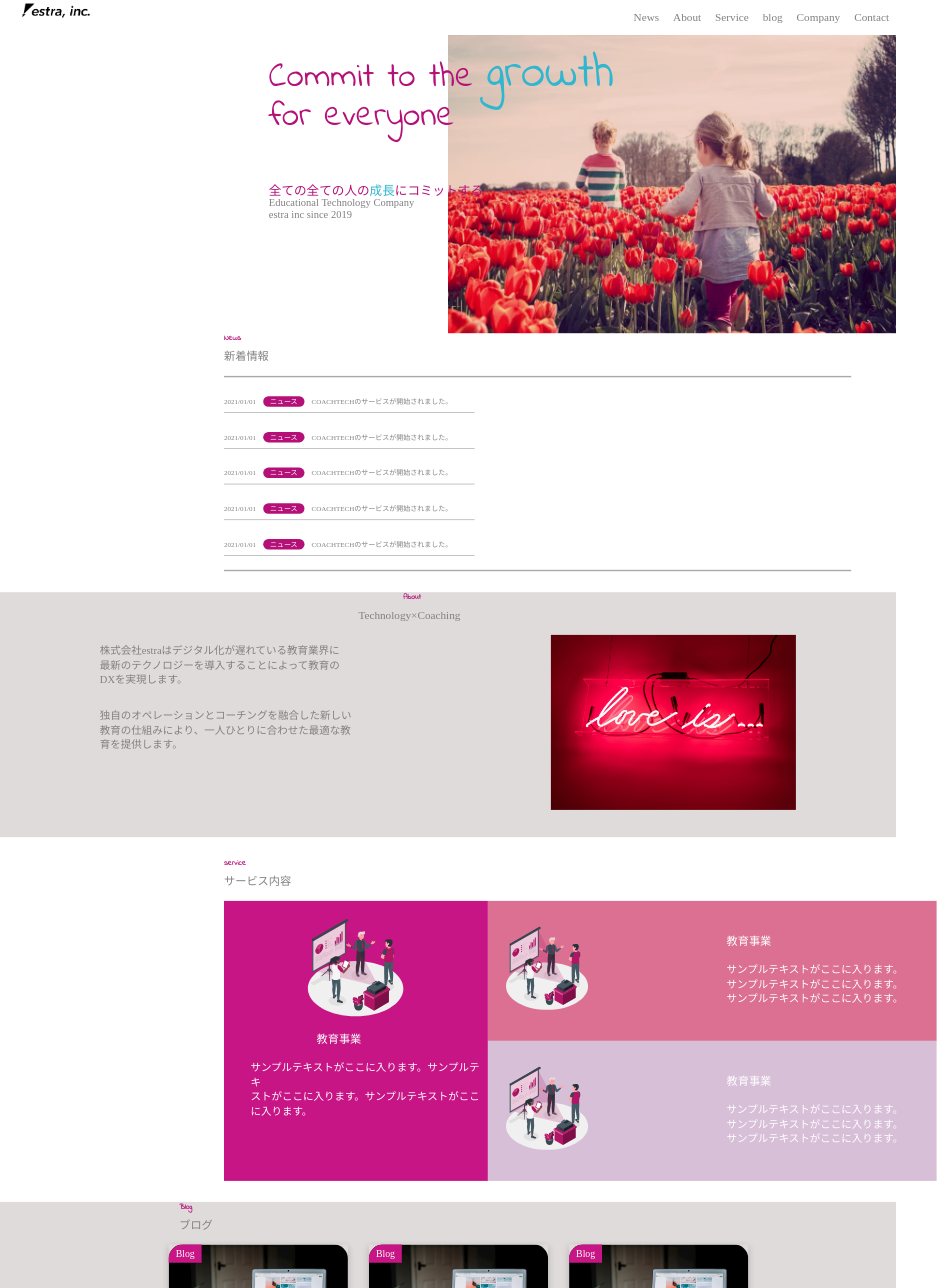
Repository: sigemasaasuka/20210902
Page: index.html
These files come from the project's save history. The page is drawn as it stood at one moment and after the next save; the edit follows.
The browser window is 1280 px wide. The page is 1338 px wide, then 1280 px, then 1338 px, so the pictures cover 1338 px, including what lies to the right of the window. The pictures show the part of the page from y = 0 to 1840 px (the page is 3297 px tall), at 70% of full size.

Above is the page before, as saved 2021-10-06 12:36:53.

### index.html
<!DOCTYPE html>
<html lang="ja">

<head>
  <meta charset="UTF-8">
  <meta name="viewport" content="width=device-width, initial-scale=1.0">
  <title>Document</title>
  <link rel="stylesheet" href="css/style.css">
  <link rel="stylesheet" href="css/reset.css">
  <link rel="preconnect" href="https://fonts.googleapis.com">
  <link rel="preconnect" href="https://fonts.gstatic.com" crossorigin>
  <link href="https://fonts.googleapis.com/css2?family=Indie+Flower&display=swap" rel="stylesheet">
</head>

<body>
  <div class="flex">
    <div class="logo">
      <img src="img/img/estra_logo.png" alt="estra_logo" width="100px" height="30px">
    </div>
    <div class="parent">
      <div class="child">News</div>
      <div class="child">About</div>
      <div class="child">Service</div>
      <div class="child">blog</div>
      <div class="child">Company</div>
      <div class="child">Contact</div>

    </div>
  </div>
  <div class="relative">
    <img class="relative__img" src="img/img/firstview.jpg" alt="firstview">
    <div class="example">
      <h1>Commit to the <span class="document"> growth</span> <br>for everyone</h1>
    </div>
    <div class="second">
      <h3>全ての全ての人の<span class="second-txt">成長</span>にコミットする</h3>
      <p class="subtitle">Educational Technology Company<br>estra inc since 2019</p>
    </div>
  </div>
  <div class="smlltitle-news">
    <h6>News</h6>
  </div>
  <div class="list-news">
    <h3>新着情報</h3>
  </div>
  <div class="local">
    <div class="info">
      <p>
        2021/01/01　<a class="practice__btn">ニュース</a>　COACHTECHのサービスが開始されました。
      </p>
    </div>
    <div class="info">
      <p>
        2021/01/01　<a class="practice__btn">ニュース</a>　COACHTECHのサービスが開始されました。
      </p>
    </div>
    <div class="info">
      <p>
        2021/01/01　<a class="practice__btn">ニュース</a>　COACHTECHのサービスが開始されました。
      </p>
    </div>
    <div class="info">
      <p>
        2021/01/01　<a class="practice__btn">ニュース</a>　COACHTECHのサービスが開始されました。
      </p>
    </div>
    <div class="info">
      <p>
        2021/01/01　<a class="practice__btn">ニュース</a>　COACHTECHのサービスが開始されました。
      </p>
    </div>
  </div>
  <div class="colored-about">
    <div class="smlltitle-about">
      <h6>About</h6>
    </div>
    <div class="list-about">
      <h3>Technology×Coaching</h3>
    </div>
    <div class="flex-txt">
    <div class="info-txt">
      <div class="relate">
        株式会社estraはデジタル化が遅れている教育業界に<br>最新のテクノロジーを導入することによって教育の<br>DXを実現します。
      </div>
      <div class="relate-txt">
        独自のオペレーションとコーチングを融合した新しい<br>教育の仕組みにより、一人ひとりに合わせた最適な教<br>育を提供します。
      </div>

    </div>
      <div class="about">
        <img class="picture__img" src="img/img/about.jpg" alt="about">
      </div>
  </div>
  </div>

  <div class="service">
    <div class="smlltitle-service">
      <h6>service</h6>
    </div>
    <div class="list-service">
      <h3>サービス内容</h3>
    </div>
    <div class="contents">
    <div class="colored-service">
      <div class="photo">
        <img class="service__img" src="img/img/service__first.svg" alt="service">
      </div>
      <div class="title">
        <h3>教育事業</h3>
      </div>
      <div class="explain">
        サンプルテキストがここに入ります。サンプルテキ<br>ストがここに入ります。サンプルテキストがここ<br>に入ります。
      </div>
    </div>
  <div class="contents2">
    <div class="contents2">
  <div class="colored3">
    <div class="photo2">
      <img class="service__img1" src="img/img/service__first.svg" alt="service">
    </div>
    <div>
    <div class="title2">
      <h3>教育事業</h3>
    </div>
    <div class="explain2">
      サンプルテキストがここに入ります。<br>サンプルテキストがここに入ります。<br>サンプルテキストがここに入ります。
    </div>
  </div>
  </div>
  </div>

  <div class="colored">
    <div class="photo2">
      <img class="service__img1" src="img/img/service__first.svg" alt="service">
    </div>
    <div>
    <div class="title2">
      <h3>教育事業</h3>
    </div>
    <div class="explain2">
      サンプルテキストがここに入ります。<br>サンプルテキストがここに入ります。<br>サンプルテキストがここに入ります。
    </div>
  </div>
  </div>
</div>
</div>
</div>
   <div class="colored-blog">
    <div class="smlltitle-blog">
      <h6>Blog</h6>
    </div>
    <div class="list-blog">
      <h3>ブログ</h3>
   </div>
    <div class="flex__item">
      <div class="practice__card">
        <div class="blog__first">
          <img src="img/img/blog__first.jpg" alt="blog">
        </div>
        <div class="card__content">
          <div class="card__cat">Blog</div>
          <h2 class="card__ttl">プログラミング学習の勉強方法を特集。挫折しない秘訣とは？</h2>
          <div class="tag">
            <p class="card__tag">2021/01/01</p>
            <p class="card__date">#COACHTECH</p>
          </div>
        </div>
      </div>
      <div class="practice__card">
        <div class="blog__first">
          <img src="img/img/blog__first.jpg" alt="blog">
        </div>
        <div class="card__content">
          <div class="card__cat">Blog</div>
          <h2 class="card__ttl">プログラミング学習の勉強方法を特集。挫折しない秘訣とは？</h2>
          <div class="tag">
            <p class="card__tag">2021/01/01</p>
            <p class="card__date">#COACHTECH</p>
          </div>
        </div>
      </div>
      <div class="practice__card">
        <div class="blog__first">
          <img src="img/img/blog__first.jpg" alt="blog">
        </div>
        <div class="card__content">
          <div class="card__cat">Blog</div>
          <h2 class="card__ttl">プログラミング学習の勉強方法を特集。挫折しない秘訣とは？</h2>
          <div class="tag">
            <p class="card__tag">2021/01/01</p>
            <p class="card__date">#COACHTECH</p>
          </div>
        </div>
      </div>
    </div>
    <div class="card__cat-blog">一覧ページ</div>
   </div>
   <div class="company">
    <div class="smlltitle-company">
      <h6>Company</h6>
    </div>
    <div class="list-company">
      <h3>会社概要</h3>
    </div>
    <table>
      <tr>
        <th>会社名</th>
        <td>株式会社estra</td>
      </tr>
      <tr>
        <th>代表者名</th>
        <td>福場凛太郎</td>
      </tr>
      <tr>
        <th>本社所在地</th>
        <td>東京都渋谷区1-1-1</td>
      </tr>
      <tr>
        <th>従業員数</th>
        <td>100名</td>
      </tr>
      <tr>
        <th>電話番号</th>
        <td>0120-00-0000</td>
      </tr>
      <tr>
        <th>資本資金</th>
        <td>¥10,000,000</td>
      </tr>
    </table>
    </div>
    <div class="last">
    <div class="photo2">
     <div class="recruit">
      <div class="second-employ">
        <p>採用情報</p>
      </div>
     </div>
    </div>
    <div class="photo3">
      <div class="interview">
    <div class="second-interview">
      <p>社員インタビュー</p>
      </div>
    </div>
    </div>
    </div>
    <div class="list-question">
      <h3>株式会社estraへのお問い合わせはこちらから</h3>
      </div>
      <div class="rod"><p>&#124</p></div>
      <div class="photo4">
  <div class="card__cat3">お問い合わせ</div>
</div>
<div class="colored-question">
  <div class="second-question">
    <p>Copyright&copy;estra,inc　AII Rights Reserved</p>
  </div>
</div>
</body>

</html>

### css/style.css
.img {
  text-align: left;
}

.parent {
  line-height: 50px;
  display: flex;
  justify-content: space-between;
  color: gray;
}

.child {
  margin: 0 10px;
  font-weight: lighter;
}

.logo {
  line-height: 20px;
  width: 100px;
}
.flex {
  display: flex;
  justify-content: space-between;
  height: 50px;
  margin-left: 30px;
}

.relative {
  position: relative;
}

.relative__img {
  margin: 0 0 0 auto;
  display: block;
  width: 50%;
}

.example {
  position: absolute;
  top: 5%;
  left: 30%;
  font-size: 50px;
  color: #b41078;
  font-family: "Indie Flower", cursive;
}

.document {
  top: 5%;
  left: 30%;
  font-size: 70px;
  color: #30b6cf;
  font-family: "Indie Flower", cursive;
}

.second {
  position: absolute;
  top: 50%;
  left: 30%;
  font-size: 18px;
  color: #b41078;
}

.second-txt {
  top: 50%;
  left: 30%;
  font-size: 18px;
  color: #30b6cf;
}

.subtitle {
  margin: 0;
  font-size: 15px;
  color: gray;
  font-weight: lighter;
}

.smlltitle-news {
  color: #b41078;
  font-family: "Indie Flower", cursive;
  margin-left: 25%;
}

.list-news {
  color: gray;
  margin-left: 25%;
  margin-top: 10px;
  margin-bottom: 20px;
}

.local {
  margin-left: 25%;
  border-color: rgb(170, 168, 168);
  border-top: solid 2px rgb(170, 168, 168);
  border-bottom: solid 2px rgb(170, 168, 168);
  width: 70%;
}

.info {
  margin-bottom: 20px;
  border-width: 0 0 1px 0;
  border-style: solid;
  line-height: 30px;
  border-color: rgb(173, 171, 171);
  margin-top: 20px;
  padding-left: 0;
  font-size: 10px;
  color: gray;
  width: 40%;
}

.practice__btn {
  width: 100px;
  padding: 2px 10px;
  color: #fff;
  border-radius: 30px;
  background-color: #b41078;
  text-align: center;
  margin: 0 auto 0;
}

.colored-about {
  height: 350px;
  background-color: rgb(224, 219, 219);
  margin-top: 30px;
}
.smlltitle-about {
  color: #b41078;
  font-family: "Indie Flower", cursive;
  margin-left: 45%;
}

.list-about {
  color: gray;
  margin-left: 40%;
  margin-top: 10px;
}

.flex-txt {
  display: flex;
  justify-content: space-around;
  height: 30px;
}

.relate {
  color: gray;
  font-size: 15px;
  margin-top: 30px;
}

.relate-txt {
  color: gray;
  font-size: 15px;
  margin-top: 30px;
}

.picture__img {
  margin-top: 20px;
  width: 350px;
  height: 250px;
}

.smlltitle-service {
  color: #b41078;
  font-family: "Indie Flower", cursive;
  margin-left: 25%;
  margin-top: 30px;
}

.list-service {
  color: gray;
  margin-left: 25%;
  margin-top: 10px;
}

.contents {
  display: flex;
}
.colored-service {
  background-color: #c71585;
  margin-top: 20px;
  margin-left: 25%;
  width: 30%;
  height: 400px;
}

.service__img {
  width: 300px;
  height: 150px;
  margin-top: 20px;
  margin-left: 10%;
}

.title {
  margin-top: 20px;
  color: #fff;
  margin-left: 35%;
}

.explain {
  margin-left: 10%;
  margin-top: 20px;
  color: #fff;
  font-size: 15px;
}
.contents2 {
  display: flex;
  flex-direction: column;
  justify-content: space-around;
}
.colored3 {
  display: flex;
  background-color: #db7093;
  margin-top: 20px;
  width: 110%;
  height: 200px;
}

.service__img1 {
  width: 40%;
  margin-left: 20px;
  margin-top: 10%;
}

.title2 {
  margin-top: 20px;
  color: #fff;
  margin-top: 50px;
  margin-left: 20px;
}

.explain2 {
  margin-top: 20px;
  margin-left: 20px;
  color: #fff;
  font-size: 15px;
}

.colored {
  display: flex;
  background-color: #d8bfd8;
  width: 110%;
  height: 200px;
}

.colored-blog {
  height: 500px;
  background-color: rgb(224, 219, 219);
  margin-top: 30px;
}

.smlltitle-blog {
  color: #b41078;
  font-family: "Indie Flower", cursive;
  margin-left: 20%;
  margin-top: 30px;
}

.list-blog {
  color: gray;
  margin-left: 20%;
  margin-top: 10px;
}

.flex__item {
  border-radius: 20px;
  display: flex;
  justify-content: center;
}

.practice__card {
  margin-top: 20px;
  margin-left: 30px;
  position: relative;
  width: 20%;
  border-bottom-left-radius: 20px;
  border-bottom-right-radius: 20px;
  box-shadow: 0px 3px 10px rgba(0, 0, 0, 0.2);
}

.blog__first {
  overflow: hidden;
  border-top-left-radius: 20px;
  border-top-right-radius: 20px;
}

.card__img img {
  width: 100%;
}

.card__content {
  border-bottom-left-radius: 20px;
  border-bottom-right-radius: 20px;
  background-color: #fff;
  padding: 15px 25px;
}

.card__ttl {
  font-size: 15px;
  margin-bottom: 30px;
  font-weight: 400;
}

.card__cat {
  position: absolute;
  top: 0;
  left: 0;
  border-top-left-radius: 20px;
  padding: 5px 10px;
  background: #c71585;
  display: inline-block;
  color: #fff;
  font-size: 14px;
}

.tag {
  font-size: 14px;
  text-align: right;
}

.card__tag {
  display: inline-block;
  color: rgb(112, 110, 110);
  margin-left: 10px;
}

.card__date {
  display: inline-block;
  margin-left: 20px;
  color: rgb(112, 110, 110);
}

.card__cat-blog {
  padding: 10px 30px;
  background: white;
  margin-top: 30px;
  margin-left: 45%;
  border: 1px solid;
  display: inline-block;
  color: #c71585;
  font-size: 14px;
  border-radius: 30px;
}

.company {
  margin-left: 25%;
}

.smlltitle-company {
  color: #b41078;
  font-family: "Indie Flower", cursive;
  margin-top: 30px;
}

.list-company {
  color: gray;
  margin-top: 10px;
  margin-bottom: 20px;
}

table {
  width: 60%;
  border-collapse: collapse;
}

table th,
table td {
  border: 1px solid #ccc;
  padding: 20px;
}
table th {
  font-weight: bold;
  background-color: #dedede;
}

.last {
  display: flex;
  margin-top: 50px;
  position: relative;
}

.second-employ {
  position: absolute;
  top: 50%;
  left: 40%;
  font-size: 20px;
  color: #fff;
}

.photo2 {
  width: 50%;
}

.recruit {
  position: relative;
  width: 100%;
  height: 0;
  padding-top: calc(300 / 683 * 100%); /* calc(画像高さ ÷ 画像横幅 × 100%) */
  background: url(../img/img/recruit.png) center center / cover no-repeat;
  margin-top: 30px;
}

.photo3 {
  width: 50%;
}

.interview {
  position: relative;
  width: 100%;
  height: 0;
  padding-top: calc(300 / 683 * 100%); /* calc(画像高さ ÷ 画像横幅 × 100%) */
  background: url(../img/img/interview.png) center center / cover no-repeat;
  margin-top: 30px;
}

.second-interview {
  position: absolute;
  top: 50%;
  left: 45%;
  font-size: 20px;
  color: #fff;
}

.list-question {
  color: gray;
  margin-top: 50px;
  margin-left: 36%;
}
.rod {
  color: #c71585;
  margin-left: 47%;
  margin-top: 10px;
  font-size: 30px;
}

.card__cat3 {
  position: relative;
  top: 0;
  padding: 20px 60px;
  background: linear-gradient(90deg, #ff69b4, #c71585);
  margin-top: 10px;
  margin-left: 40%;
  border: 1px solid;
  display: inline-block;
  color: #fff;
  font-size: 14px;
  border-radius: 30px;
}

.card__cat3::before {
  content: "";
  position: absolute;
  bottom: 15px;
  left: 25px;
  background: url(../img/img/mailicon.svg) no-repeat;
  background-size: cover;
  width: 15px;
  height: 15px;
  transform: translate(0, -50%);
}

.colored-question {
  height: 30px;
  background-color: rgb(224, 219, 219);
  margin-top: 25px;
}

.second-question {
  color: #000;
  font-size: 10px;
  margin-left: 40%;
  line-height: 30px;
}

### css/reset.css
@charset "UTF-8";
html,
body,
div,
span,
applet,
object,
iframe,
h1,
h2,
h3,
h4,
h5,
h6,
p,
blockquote,
pre,
a,
abbr,
acronym,
address,
big,
cite,
code,
del,
dfn,
em,
img,
ins,
kbd,
q,
s,
samp,
small,
strike,
strong,
sub,
sup,
tt,
var,
b,
u,
i,
center,
dl,
dt,
dd,
ol,
ul,
li,
fieldset,
form,
label,
legend,
table,
caption,
tbody,
tfoot,
thead,
tr,
th,
td,
article,
aside,
canvas,
details,
embed,
figure,
figcaption,
footer,
header,
hgroup,
menu,
nav,
output,
ruby,
section,
summary,
time,
mark,
audio,
video {
  margin: 0;
  padding: 0;
  border: none;
  font-style: normal;
  text-align: left;
  zoom: 1;
}
article,
aside,
details,
figcaption,
figure,
footer,
header,
hgroup,
menu,
nav,
section {
  display: block;
}
table {
  border-collapse: collapse;
  font-family: inherit;
}
h1,
h2,
h3,
h4,
h5 {
  font-size: 100%;
  font-weight: normal;
  line-height: 1;
}
input,
textarea,
select {
  font-family: inherit;
  font-size: 16px;
}
input[type="button"],
input[type="text"],
input[type="submit"] {
  -webkit-appearance: none;
  border-radius: 0;
}
textarea {
  resize: none;
  -webkit-appearance: none;
  border-radius: 0;
}
th,
td {
  border-collapse: collapse;
}
table th,
table td {
  white-space: nowrap;
}
ul,
ol {
  list-style-type: none;
}
img {
  vertical-align: text-bottom;
  vertical-align: -webkit-baseline-middle;
  max-width: 100%;
  height: auto;
  width/***/: auto;
}

After the next save:
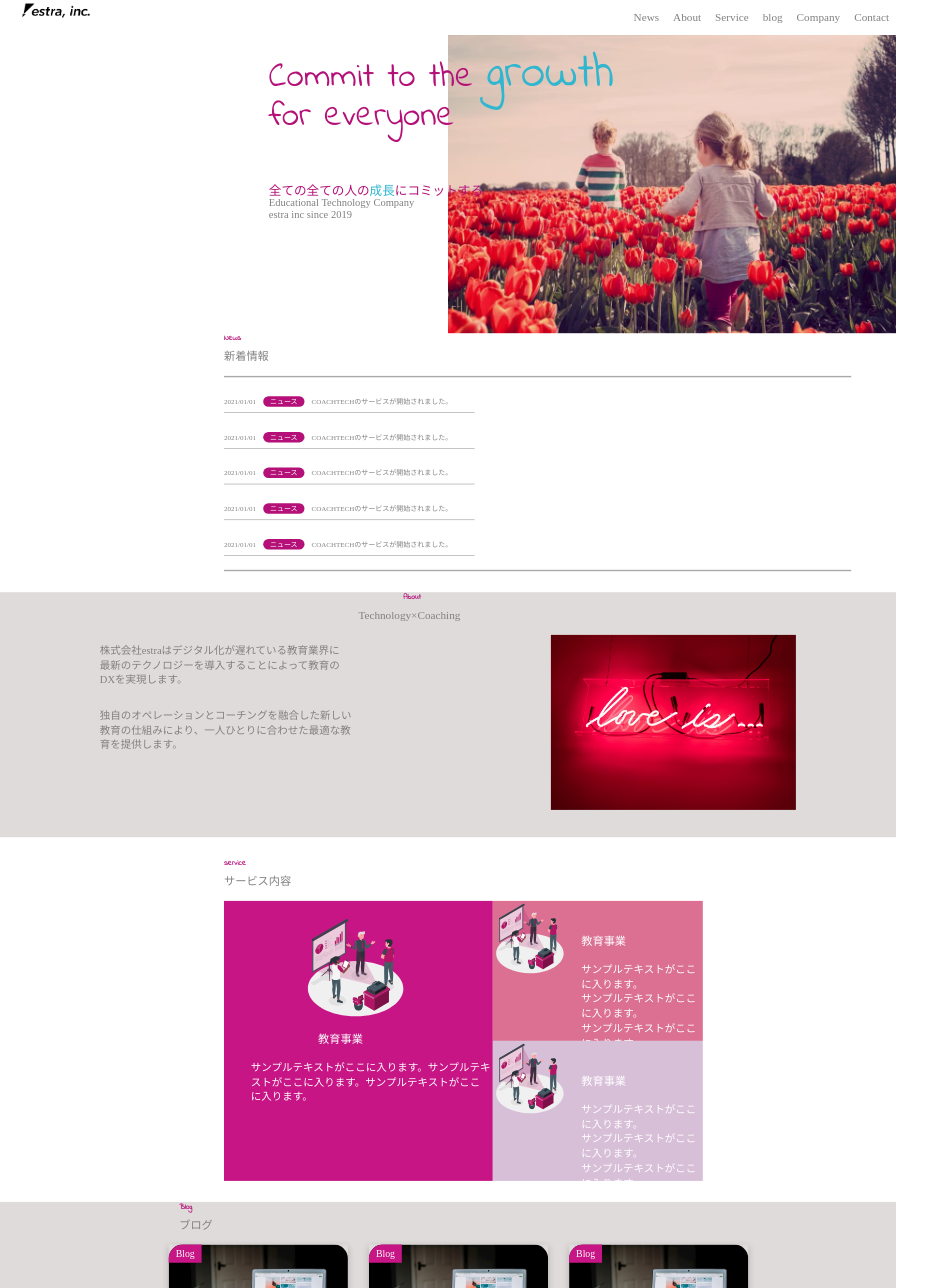
Saved 4 min 3 s later.
--- a/css/style.css
+++ b/css/style.css
@@ -215,6 +215,7 @@
   height: 200px;
 }
 
+.card__cat3
 .service__img1 {
   width: 40%;
   margin-left: 20px;

After the 3 saves that followed:
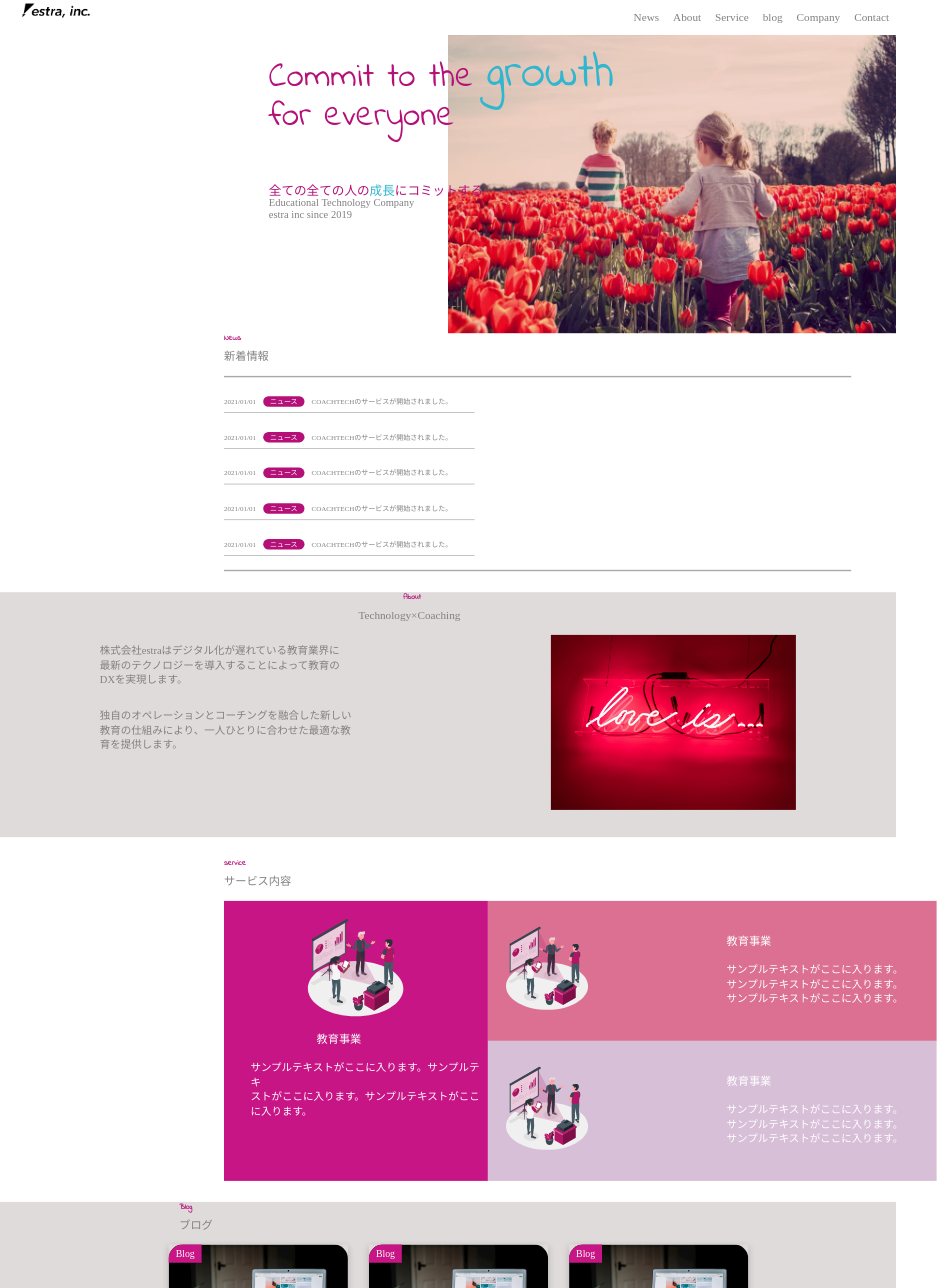
The 3 saves are shown as one change because 1 left the picture as it was and some came seconds apart.
The last was saved 12 s later.
--- a/css/style.css
+++ b/css/style.css
@@ -215,7 +215,7 @@
   height: 200px;
 }
 
-.card__cat3
+.photo2
 .service__img1 {
   width: 40%;
   margin-left: 20px;
